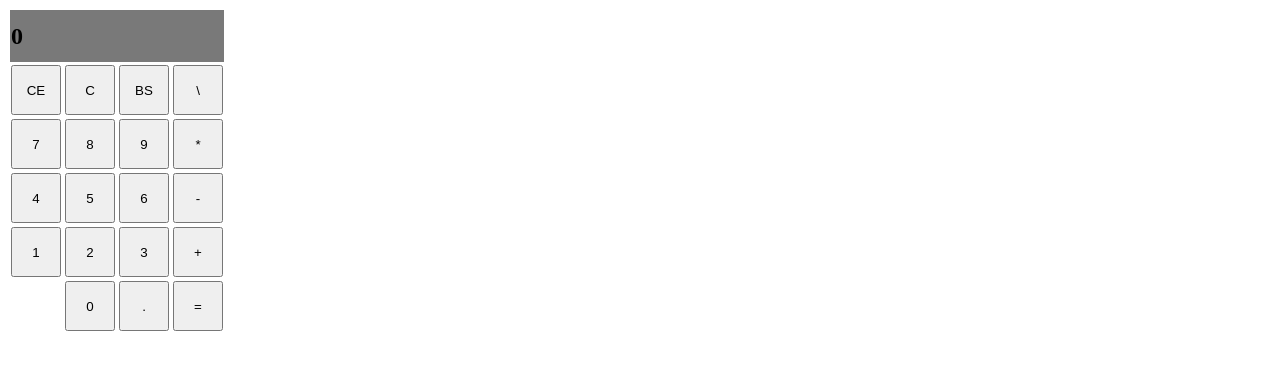
Repository: Doyoung-Park/JSP_Servlet
Page: workspace/JSPPrj/src/main/webapp/calc3.html
These files come from the project's save history. The page is drawn as it stood at one moment and after the next save; the edit follows.
The browser window is 1280 px wide. The pictures show the whole page.

Above is the page before, as saved 2022-01-18 14:43:26.

After the next save:
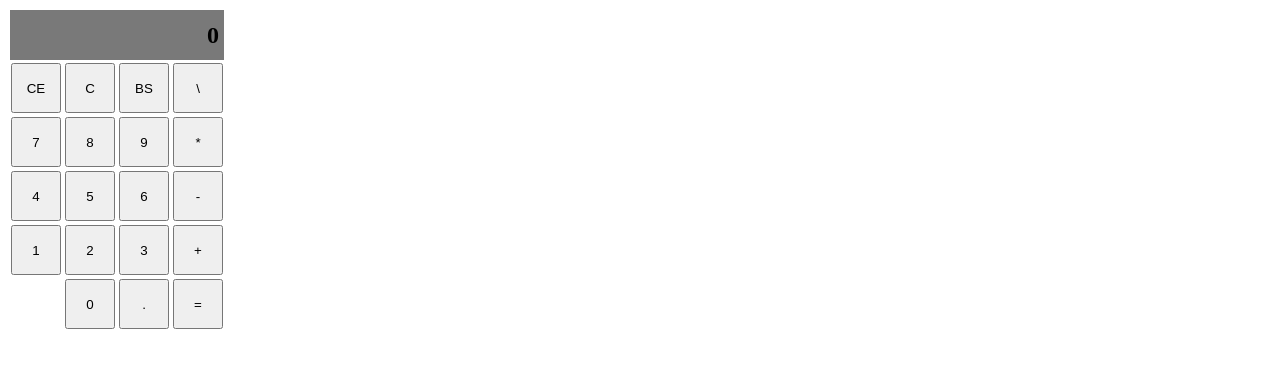
Saved 29 s later.
--- a/workspace/JSPPrj/src/main/webapp/calc3.html
+++ b/workspace/JSPPrj/src/main/webapp/calc3.html
@@ -13,6 +13,8 @@
 	background:#797979;
 	font-size:24px;
 	font-weight:bold;
+	text-align:right;
+	padding: 0px 5px;
 }
 </style>
 </head>
